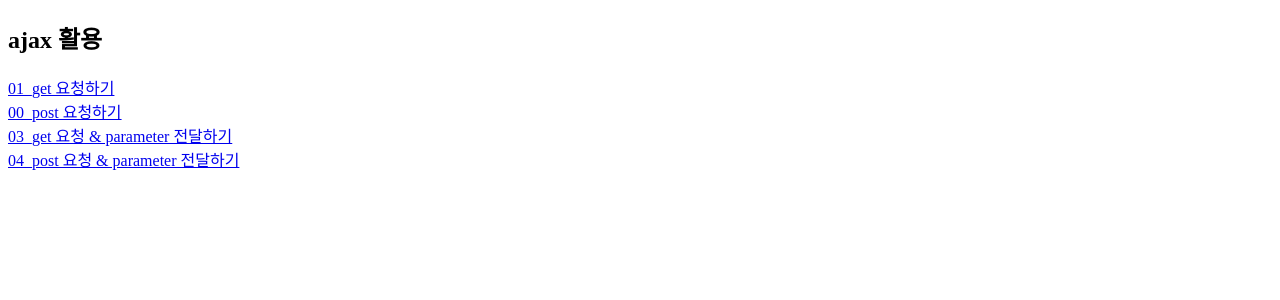
Repository: kiyongee2/web_qbit
Page: http://localhost/index
The author's editor kept a copy of each file at every save. The page is drawn from the files as they stood at one save, then again after the next save.
The browser window is 1280 px wide. The pictures show the whole page.
The page is this project's Thymeleaf template; nobody is signed in. The template is opened directly, without the code that normally fills it, so the values that code supplies are empty.

Above is the page before, as saved 2025-09-08 09:38:15.

### springworks/ajax-test/src/main/resources/templates/index.html
<!DOCTYPE html>
<html>
<head>
<meta charset="UTF-8">
<title>Home..</title>
<style type="text/css">
	a{
		display: block;
	}
</style>
</head>
<body>
	<h2>ajax 활용</h2>
	<a href="/ajax-ex-01">01_get 요청하기</a>
	<a href="/ajax-ex-02">00_post 요청하기</a>
	<a href="/ajax-ex-03">03_get 요청 & parameter 전달하기</a>
	<a href="/ajax-ex-04">04_post 요청 & parameter 전달하기</a>
</body>
</html>

After the next save:
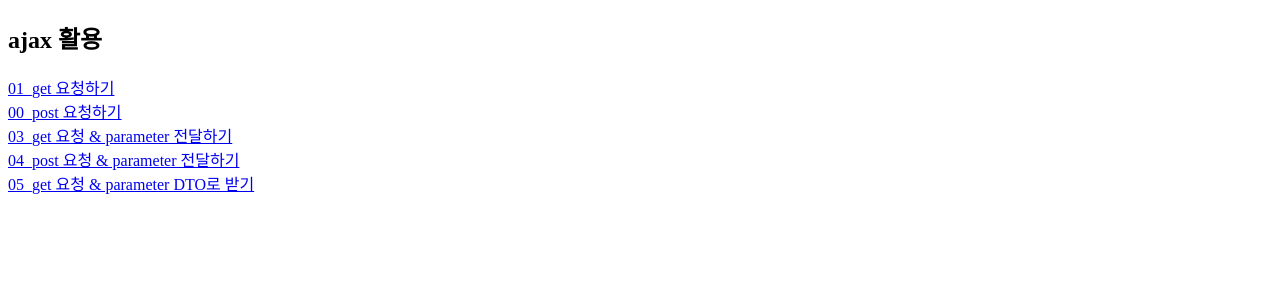
Saved 2 min 40 s later.
--- a/springworks/ajax-test/src/main/resources/templates/index.html
+++ b/springworks/ajax-test/src/main/resources/templates/index.html
@@ -15,5 +15,6 @@
 	<a href="/ajax-ex-02">00_post 요청하기</a>
 	<a href="/ajax-ex-03">03_get 요청 & parameter 전달하기</a>
 	<a href="/ajax-ex-04">04_post 요청 & parameter 전달하기</a>
+	<a href="/ajax-ex-05">05_get 요청 & parameter DTO로 받기</a>
 </body>
 </html>
